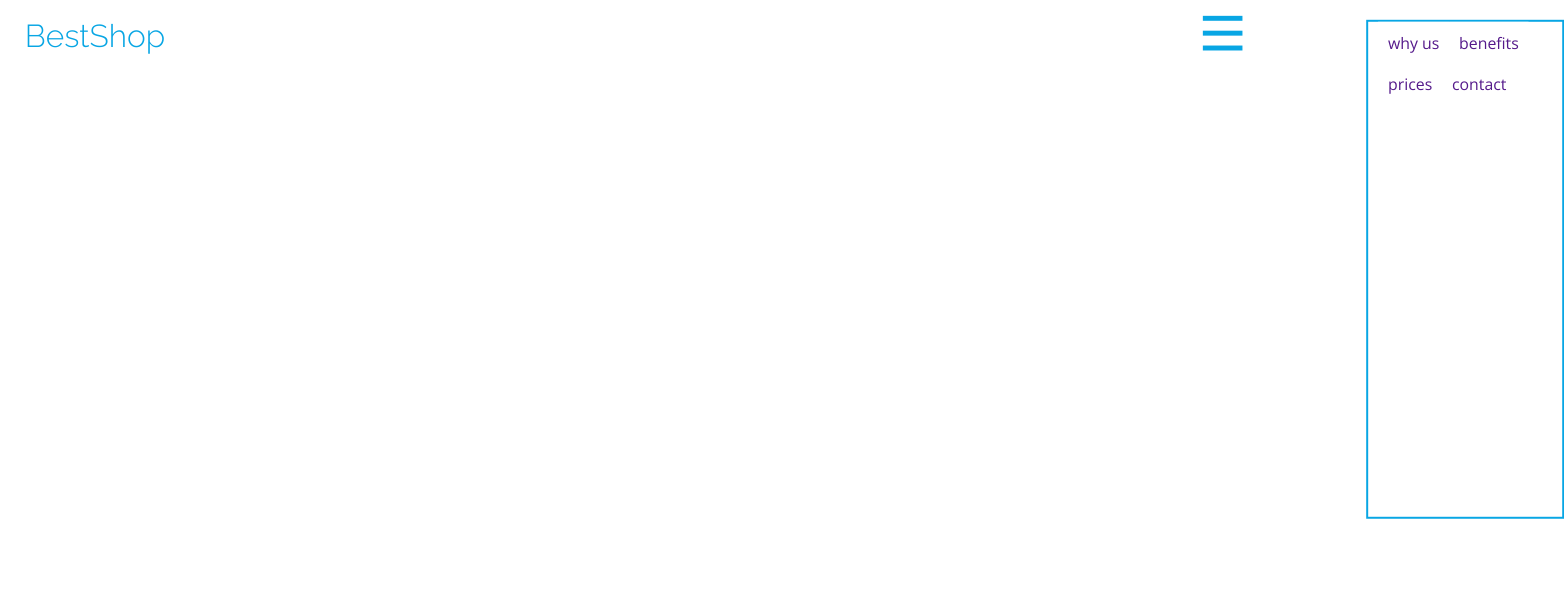
Repository: artwol993/BestShop
Page: index.html
The author's editor kept a copy of each file at every save. The page is drawn from the files as they stood at one save, then again after the next save.
The browser window is 1280 px wide. The page is 1580 px wide, so the pictures cover 1580 px, including what lies to the right of the window. The pictures show the whole page, at 99% of full size.
The style sheet was rebuilt from its Sass, Less or Tailwind sources for each picture, by a compiler version that may differ from the author's.

Above is the page before, as saved 2020-05-26 22:52:12.

### index.html
<!DOCTYPE html>
<html lang="en">
<head>
    <meta charset="UTF-8">
    <meta name="viewport" content="width=device-width, initial-scale=1.0">
    <title>BestShop[artwol993]</title>
    <link rel="stylesheet" href="css/main.css">
    <style>
        @import url('https://fonts.googleapis.com/css2?family=Open+Sans:wght@400;700&display=swap');
    </style>
    <style>
        @import url('https://fonts.googleapis.com/css2?family=Raleway:wght@300;400;700;800&display=swap');
    </style>
</head>
<body>
    <div class="main--container">
        <header>
            <div class="logo">BestShop</div>
            <nav class="nav">
                <button class="hamburger"></button>
                <div class="side__menu">
                    <ul class="nav__list">
                        <li class="nav__list-item"><a href="" class="nav__link">why us</a></li>
                        <li class="nav__list-item"><a href="" class="nav__link">benefits</a></li>
                        <li class="nav__list-item"><a href="" class="nav__link">prices</a></li>
                        <li class="nav__list-item"><a href="" class="nav__link">contact</a></li>
                    </ul>
                </div>
            </nav>
        </header>

        <!-- <main>
            <div class="welcome">
                <h1>Sell More!</h1>
                <p>Open shop on our platform and incrase your sales</p>
                <button>Open your shop</button>
            </div>
            <div class="stats">
                <h2>The most popular sales platform in country</h2>
                <div class="stats__container">
                    <stats__bin>
                        <div class="stats-circle"></div>
                        <img src="./assets/Person.svg" alt="person-contour">
                        <span>100000+</span>
                        <p></p>
                    </stats__bin>
                    <stats__bin>
                        <div class="stats-circle"></div>
                        <img src="./assets/Eye.svg" alt="person-contour">
                        <span>200000+</span>
                        <p></p>
                    </stats__bin>
                    <stats__bin>
                        <div class="stats-circle"></div>
                        <img src="./assets/Catalog.svg" alt="person-contour">
                        <span>10000+</span>
                        <p></p>
                    </stats__bin>
                </div>
            </div>
            <div class="profits"></div>
            <div class="pricing"></div>
            <div class="formulage"></div>
        </main>


        <footer>
            <div class="logo">BestShop</div>
            <div class="footer-icon"></div>
            <div class="footer-icon"></div>
        </footer>
    </div>
</body>
</html> -->

### scss/main.scss
    $c-primary-first: #08a6e4;
    $c-primary-second: #fb3b64;
    $c-primary-third: #55dfb4;
    $c-black: #000000;
    $c-white: #ffffff;
    $c-background: #f7f7f7;
    $c-details: #a5a5a5;
    $c-shadow: #00000029;
    $f-h: 'Raleway', sans-serif;
    $f-p: 'Open Sans', sans-serif;
    $fw-light: 300;
    $fw-normal: 400;
    $fw-bold: 700;
    $fw-black: 800;

/*reset*/

  * {
      margin: 0;
      padding: 0;
      box-sizing: border-box;
  }

  /* fonts */

  a, p, ul, span {
    font-family: $f-p;
  }

  h1 {
    font-size: 3.063rem;
    font-weight: $fw-normal;
    font-family: $f-h;
    color: $c-black;
  }

  h2 {
    font-size: 2.25rem;
    font-weight: $fw-light;
    margin: 5px 45px;
    font-family: $f-h;
    color: $c-black;
  }

  h3 {
    font-size: 1.25rem;
    font-weight: $fw-bold;
    margin: 5px;
    font-family: $f-h;
    color: $c-black;
  }

  .logo {
    font-size: 2rem;
    font-weight: $fw-light;
    font-family: $f-h;
    color: $c-primary-first;
    text-decoration: none;
    cursor: pointer;
  }

  /*header*/
  header {
      height: 70px;
      display: flex;
      align-items: center;
      justify-content: space-between;
      padding: 0 25px;
  }

  .hamburger {
    width: 40px;
    height: 35px;
    border: 0;
    border-top: 5px solid $c-primary-first;
    background: transparent;
    position: relative;
    transition: 0.3s transform linear;
  }
  .hamburger::before, .hamburger::after {
      content: "";
      position: absolute;
      top: 0;
      left: 0;
      width: 100%;
      border-top: 5px solid $c-primary-first;
      transform: translateY(10px);
  }

  .hamburger::after {
      transform: translateY(25px);
      transition: 0.3s transform linear;
  }

  .hamburger:focus {
      transform: rotate(45deg) translateY(5px);
      border: none;
  }
  .hamburger:focus::after {
      transform: rotate(-90deg) translateX(-10px);
  }

  .side__menu {
    display: flex;
    box-sizing: border-box;
    position: absolute;
    height: 70%;
    width: 200px;
    top: 20px;
    right: -300px;
    padding: 0;
    border: 2px solid $c-primary-first;
    transition: 0.3s transform ease-in-out;
  }

  .side__menu ul {
    position: absolute;
    display: flex;
    height: calc(100% - 20px);
    flex-wrap: wrap;
    margin: 0 10px;
    padding: 0;
    list-style-type: none;
    align-content: flex-start;
  }

  .side-__menu ul li {
    display: flex;
    height: 30px;
    background: #ffffff;
    flex-basis: 100%;
    margin-top: 20px;
    color: #696e9e;
    border-radius: 5px;
    overflow: hidden;

  }

  .side__menu ul li a {
    display: flex;
    padding: 10px;
    align-items: center;
    width: 100%;
    height: 100%;
    background: #ffffff;
    text-decoration: none;
    box-sizing: border-box;
  }

  .hamburger:focus ~ .side__menu, .side__menu:hover {
    transform: translateX(-300px);
  }

After the next save:
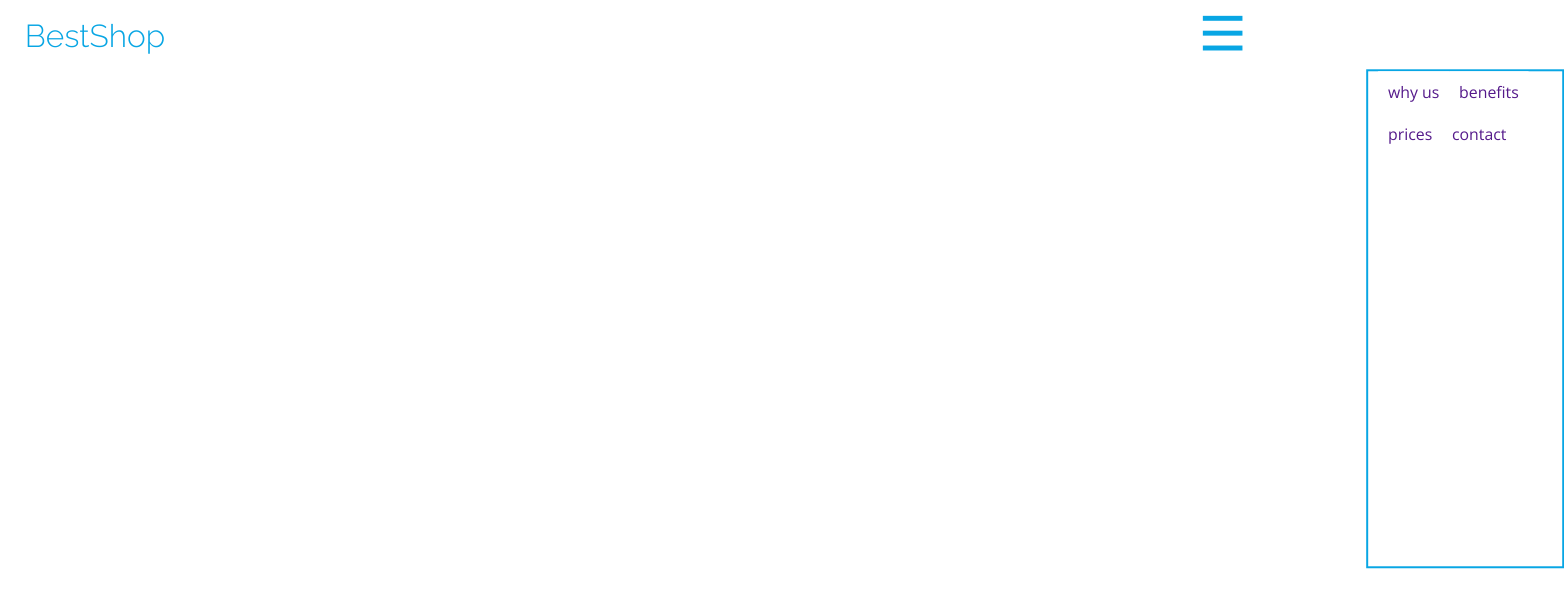
Saved 32 s later.
--- a/scss/main.scss
+++ b/scss/main.scss
@@ -106,7 +106,7 @@
     position: absolute;
     height: 70%;
     width: 200px;
-    top: 20px;
+    top: 70px;
     right: -300px;
     padding: 0;
     border: 2px solid $c-primary-first;
